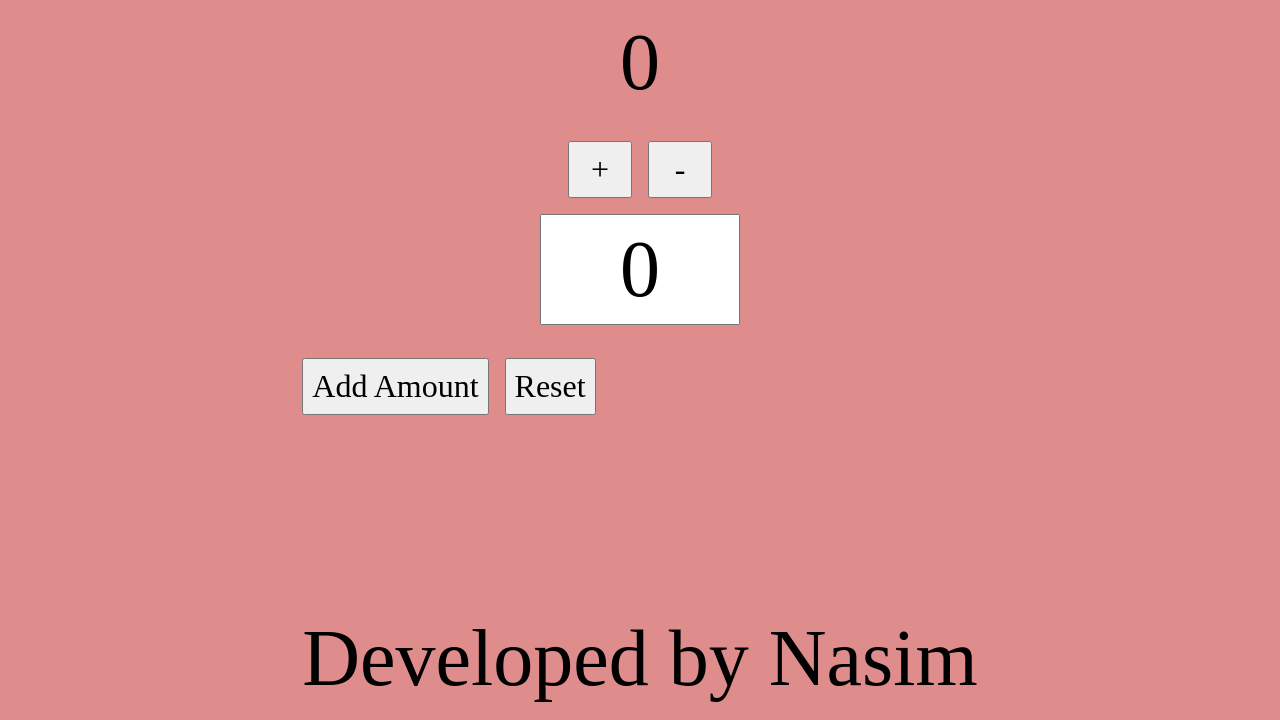
Repository: nasimqureshi/counter-in-redux
Page: /
An editor plug-in stored every save of this project. The page is shown before and after the next save, followed by the edit.
The browser window is 1280 px wide. The pictures show the whole page.
The project was rebuilt for these pictures with package versions that can differ from the ones it lists, and the page was loaded fresh each time.

Above is the page before, as saved 2024-10-16 23:38:13.

### src/index.js
import React from 'react';
import ReactDOM from 'react-dom';
import './index.css';
import App from './App';
import { store } from './app/store';
import { Provider } from 'react-redux';

ReactDOM.render(
  <React.StrictMode>
    <Provider store={store}>
      <App />
    </Provider>
  </React.StrictMode>,
  document.getElementById('root')
);

### src/index.css
* {
  margin: 0;
  padding: 0;
  box-sizing: border-box;
}

body {
  min-height: 100vh;
  font-size: 5rem;
  display: grid;
  place-content: center;
  background-color: #df8c8c;
}

input,
button {
  font: inherit;
  padding: 0.5rem;
}

section {
  display: flex;
  flex-direction: column;
  justify-content: center;
  align-items: center;
}

input {
  text-align: center;
  max-width: 2.5em;
}

button {
  font-size: 2rem;
  margin: 0.5em 0 0.5em 0.5em;
  min-width: 2em;
}

button:first-child {
  margin-left: 0;
}

### src/App.js

import Counter from "./features/counter/Counter";
function App() {
  return (
    <div className="App">
      <Counter />
    </div>
  );
}

export default App;

### src/app/store.js
import { configureStore } from "@reduxjs/toolkit";
import counterReducer from '../features/counter/counterSlice';

export const store = configureStore({
  reducer: {
    counter: counterReducer,
  }
})

### src/features/counter/Counter.js
import { useSelector, useDispatch } from "react-redux";
import {
    increment,
    decrement,
    reset,
    incrementByAmount
} from './counterSlice';
import { useState } from "react";

const Counter = () => {
    const count = useSelector((state) => state.counter.count);
    const dispatch = useDispatch();

    const [incrementAmount, setIncrementAmount] = useState(0);

    const addValue = Number(incrementAmount) || 0;

    const resetAll = () => {
        setIncrementAmount(0);
        dispatch(reset());
    }

    return (
        <section>
            <p>{count}</p>
            <div>
                <button onClick={() => dispatch(increment())}>+</button>
                <button onClick={() => dispatch(decrement())}>-</button>
            </div>

            <input
                type="text"
                value={incrementAmount}
                onChange={(e) => setIncrementAmount(e.target.value)}
            />

            <div>
                <button onClick={() => dispatch(incrementByAmount(addValue))}>Add Amount</button>
                <button onClick={resetAll}>Reset</button>

                <br />
                <br />
                <br />
                <p>Developed by Nasim</p>
            </div>
        </section>
    )
}
export default Counter

### src/features/counter/counterSlice.js
import { createSlice } from '@reduxjs/toolkit'

const initialState = {
  count: 0
}
export const counterSlice = createSlice({
    name:'counter',
    initialState,
    reducers: {
      increment: (state) => {
        state.count += 1;
      },
      decrement: (state) => {
        state.count -= 1;
      },
      reset: (state) => {
        state.count = 0;
      },
      incrementByAmount: (state, action) => {
        state.count += action.payload;
      }
    }
})
export const { increment, decrement, reset, incrementByAmount } = counterSlice.actions;
export default counterSlice.reducer;

Loaded but not shown: public/index.html (common file)

After the next save:
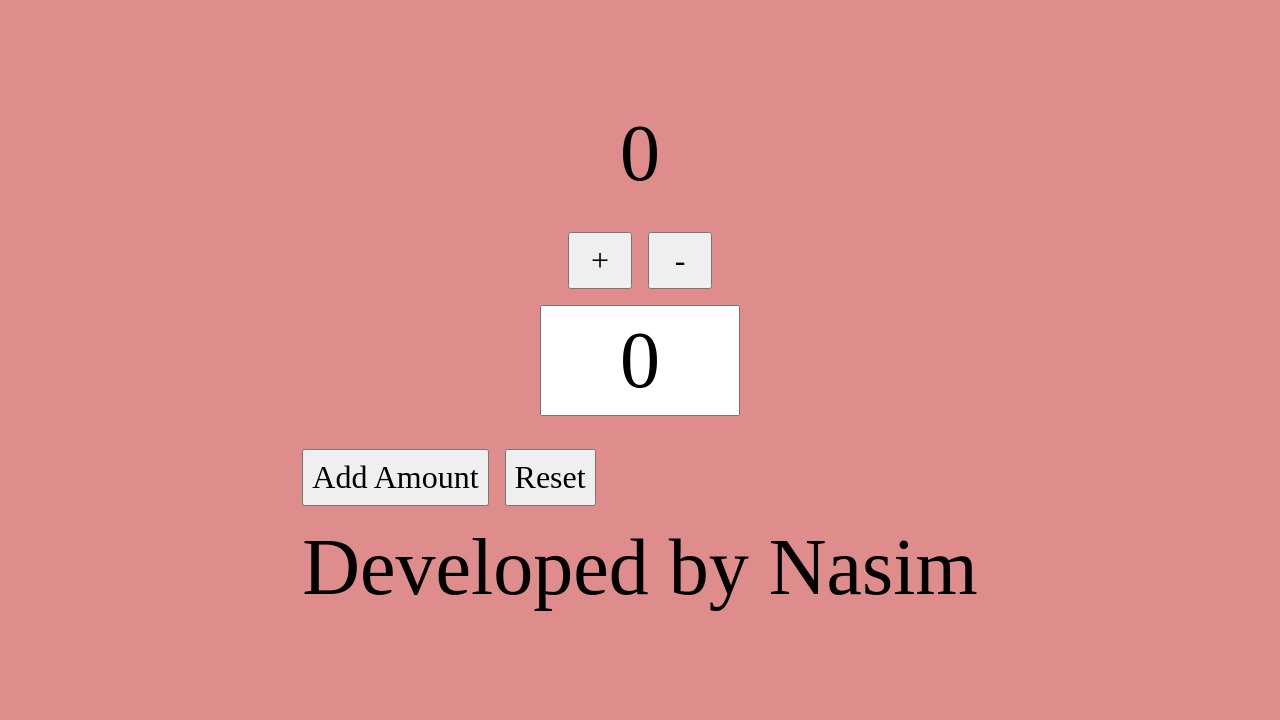
Saved 15 s later.
--- a/src/features/counter/Counter.js
+++ b/src/features/counter/Counter.js
@@ -38,9 +38,7 @@ const Counter = () => {
                 <button onClick={() => dispatch(incrementByAmount(addValue))}>Add Amount</button>
                 <button onClick={resetAll}>Reset</button>
 
-                <br />
-                <br />
-                <br />
+
                 <p>Developed by Nasim</p>
             </div>
         </section>
